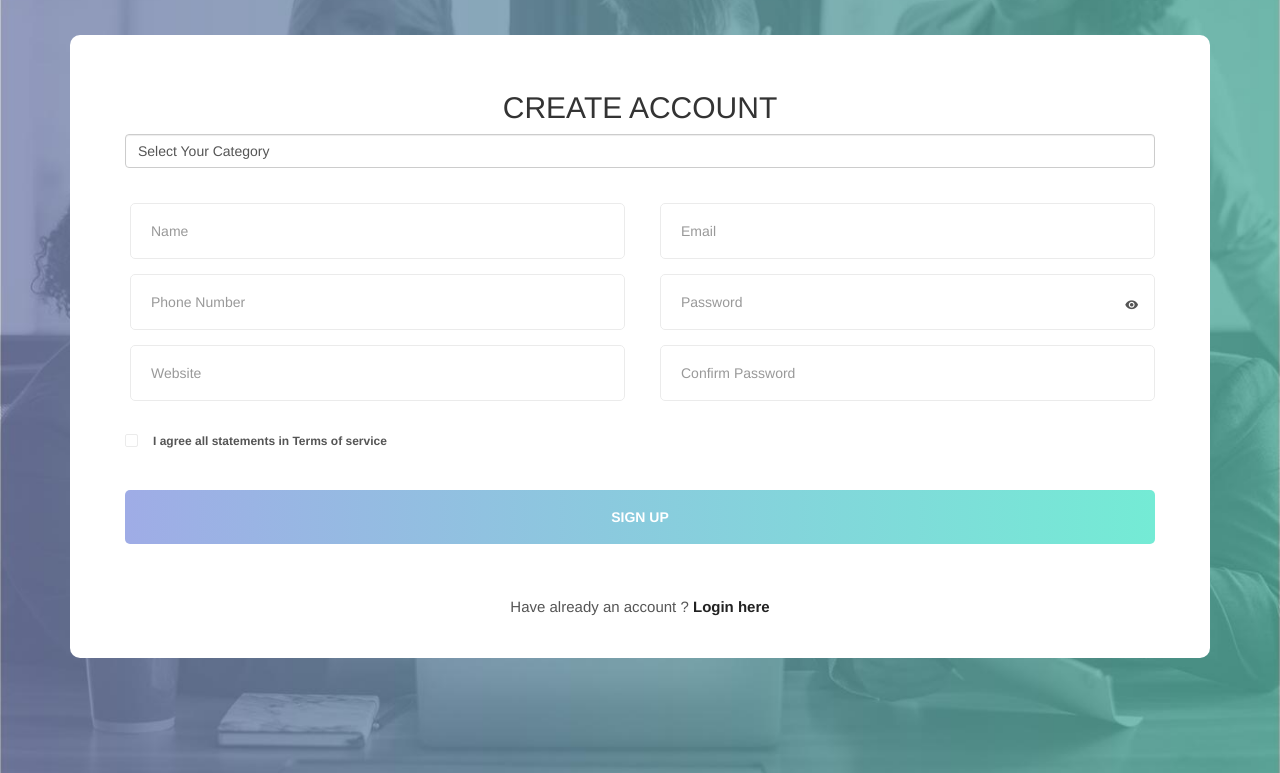
Repository: zainbt/Career_Bridge
Page: static/register/register.html
An editor plug-in stored every save of this project. The page is shown before and after the next save, followed by the edit.
The browser window is 1280 px wide. The pictures show the whole page.

Above is the page before, as saved 2019-11-18 18:40:40.

After the next save:
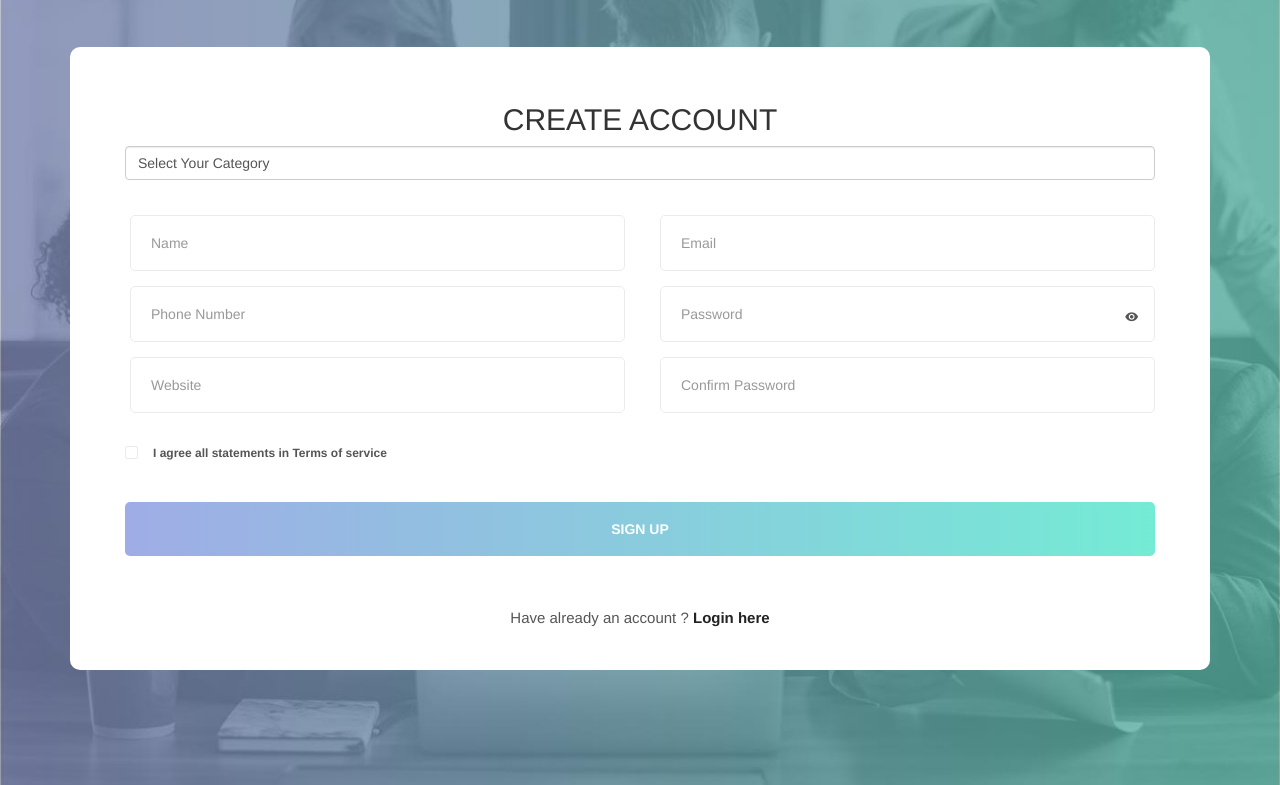
Saved 110 s later.
--- a/static/register/css/style.css
+++ b/static/register/css/style.css
@@ -245,7 +245,7 @@ body {
 
 .signup-content {
     position: relative;
-    margin-top: -7%;
+    margin-top: -6%;
     background: #fff;
     border-radius: 10px;
     -moz-border-radius: 10px;
